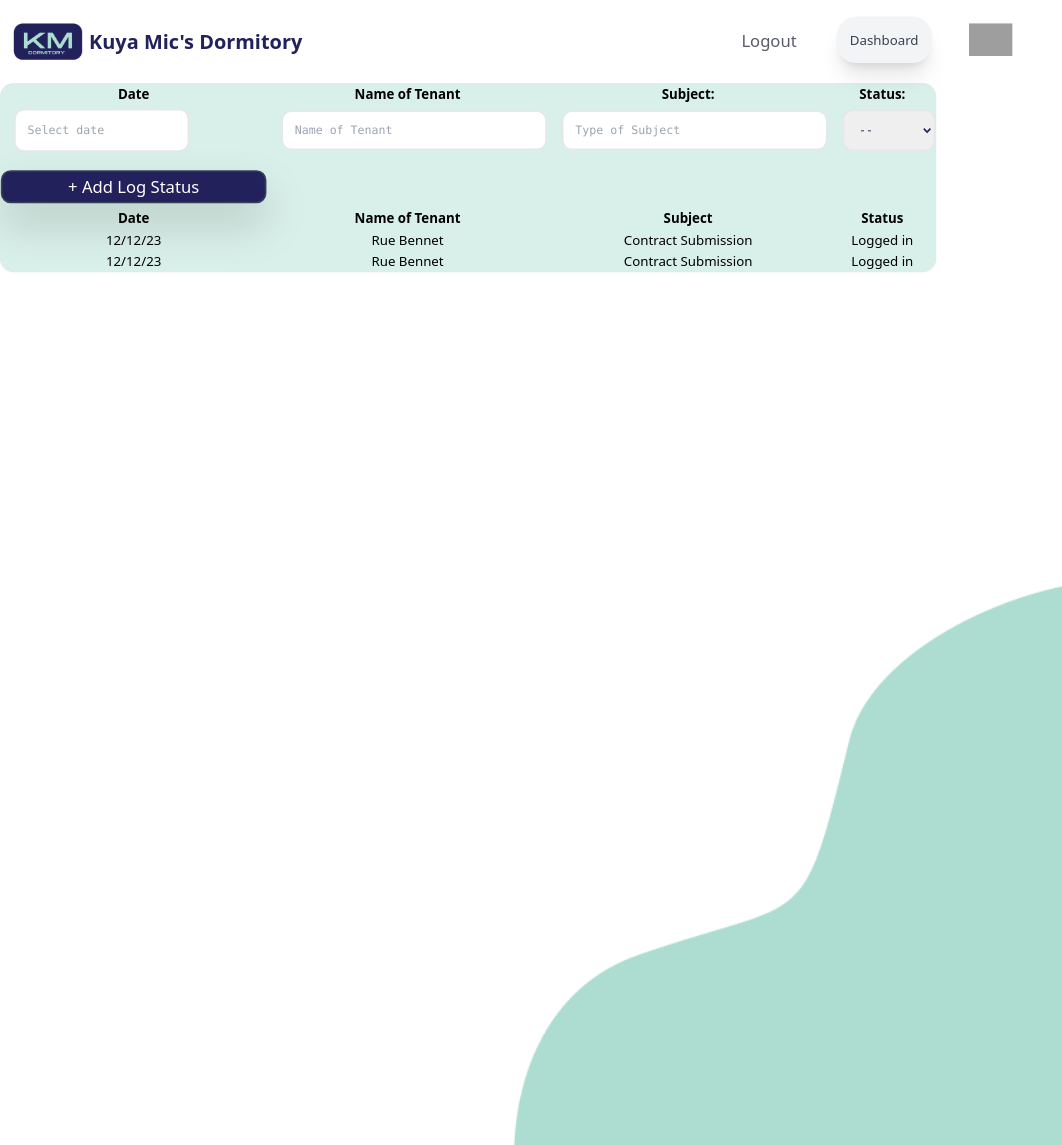
Repository: theamgri/Dormitory-Management-System
Page: logstatus.html
These files come from the project's save history. The page is drawn as it stood at one moment and after the next save; the edit follows.
The browser window is 1280 px wide. The pictures show the whole page, at 83% of full size.
Pictures or frames that could not be fetched are drawn as grey boxes. Some web libraries are served in a nearby version.

Above is the page before, as saved 2023-02-28 10:59:34.

### logstatus.html
<!DOCTYPE html>
<html lang="en">
<head>
    <script src="https://cdn.tailwindcss.com"></script>
    <script src="https://unpkg.com/flowbite@1.5.5/dist/datepicker.js"></script>
    <meta charset="UTF-8">
    <meta http-equiv="X-UA-Compatible" content="IE=edge">
    <meta name="viewport" content="width=device-width, initial-scale=1.0">
    <link rel="icon" type="image/x-icon" href="/assets/logo.png">
    <title>Tenant Log Status</title>


    <nav class="bg-white border-gray-200 px-2 lg:px-4 py-1 rounded dark:bg-gray-100">
        <div class="container flex flex-wrap items-center justify-between mx-auto">
          <a href="https://flowbite.com/" class="flex items-left">
              <img src="/assets/logo.png" class="h-11" alt="KM Logo" />
              <span class="self-center align-middle pl-2 text-2xl font-Montserrat font-bold whitespace-nowrap" style="color: #22215B">Kuya Mic's Dormitory </span>
          </a>

          <button data-collapse-toggle="navbar-default" type="button" class="inline-flex items-center p-2 ml-3 text-sm text-gray-500 rounded-lg md:hidden hover:bg-gray-100 focus:outline-none focus:ring-2 focus:ring-gray-200 dark:text-gray-400 dark:hover:bg-gray-700 dark:focus:ring-gray-600" aria-controls="navbar-default" aria-expanded="false">
          <svg class="w-6 h-6" aria-hidden="true" fill="currentColor" viewBox="0 0 20 20" xmlns="http://www.w3.org/2000/svg"><path fill-rule="evenodd" d="M3 5a1 1 0 011-1h12a1 1 0 110 2H4a1 1 0 01-1-1zM3 10a1 1 0 011-1h12a1 1 0 110 2H4a1 1 0 01-1-1zM3 15a1 1 0 011-1h12a1 1 0 110 2H4a1 1 0 01-1-1z" clip-rule="evenodd"></path></svg>
          </button>
          <div class="hidden w-full md:block md:w-auto" id="navbar-default">
            <ul class="flex flex-col p-4 mt-4 border border-gray-100 rounded-lg md:flex-row md:space-x-8 md:mt-0 md:text-sm md:font-medium md:border-0">
              <li>
                <a href="login.html" class="block bg-blue-700 font-Montserrat rounded text-xl md:bg-transparent md:text-blue-700 md:p-4" aria-current="page" style="color: #5A5B6A">Logout</a>
              </li>
              <li>
                <a href="home.html" class="block shadow-xl bg-gray-100 font-Montserrat rounded-3xl text-base md:text-gray-700 md:p-4" aria-current="page">Dashboard</a>
              </li>
              <li>
                <a href="#" class="block py-2 pl-3 pr-4" aria-current="page"><img src="https://icones.pro/wp-content/uploads/2021/02/icone-utilisateur-gris.png" class="h-1 mr-3 sm:h-10" alt="KM Logo" /></a>
              </li>
            </ul>
          </div>

        </div>
      </nav>
</head>
<body>
    <div class="w-full bg-cover bg-bottom" style="height: 80rem; background-image: url(/assets/background.png);">
        <table id="table" class="table-fixed" style="background-color: #adddd075; border-radius: 1rem;">
            <thead>
              <tr>
                <th>Date</th>
                <th>Name of Tenant</th>
                <th>Subject:</th>
                <th>Status:</th>
              </tr>
            </thead>

            <tbody>
              <tr>
                <td><input id="date" datepicker type="text" class="block border-2  font-mono mt-1 ml-4 mb-4 p-3.5 bg-gray-10 text-gray-900 sm:text-sm rounded-xl dark:bg-gray-100 dark:placeholder-gray-400" placeholder="Select date" style="color: #22215B;";></td>
                <td><input id="name" type="text" style="height: 3rem; width:20rem;" placeholder="Name of Tenant" class="block border-2  font-mono mt-1 ml-4 mb-4 p-3.5 bg-gray-10 text-gray-900 sm:text-sm rounded-xl dark:bg-gray-100 dark:placeholder-gray-400"></td>
                <td><input id="subject" type="text" style="height: 3rem; width:20rem;" placeholder="Type of Subject" class="block border-2  font-mono mt-1 ml-4 mb-4 p-3.5 bg-gray-10 text-gray-900 sm:text-sm rounded-xl dark:bg-gray-100 dark:placeholder-gray-400"></td>
                <td><select class="block border-2  font-mono mt-1 ml-4 mb-4 p-3.5 bg-gray-10 text-gray-900 sm:text-sm rounded-xl dark:bg-gray-100 dark:placeholder-gray-400" style="color: #22215B;">
                    <option>--</option>
                    <option>Log in</option>
                    <option>Log out</option>
                </select></td>
            </tr>

            </tbody>
            <thead>
              <tr><th><button onclick="addRow()" type="submit" class="border-2 border-slate-700 drop-shadow-2xl mt-1 mb-1 text-xl text-white bg-primary-600 font-medium rounded-xl text-md px-10 py-0 sm:text-center" style="background-color:#22215B; height: 2.5rem; width: 20rem;">+ Add Log Status</button></th></tr>
                <tr>
                    <th>Date</th>
                    <th>Name of Tenant</th>
                    <th>Subject</th>
                    <th>Status</th>

                  </tr>

            </thead>
            <tbody>
                <tr class="font-Montserrat">
                    <td class="text-center">12/12/23</td>
                    <td class="text-center">Rue Bennet</td>
                    <td class="text-center">Contract Submission</td>
                    <td class="text-center">Logged in</td>
                </tr>
                <tr>
                    <td class="text-center">12/12/23</td>
                    <td class="text-center">Rue Bennet</td>
                    <td class="text-center">Contract Submission</td>
                    <td class="text-center">Logged in</td>
                </tr>
                <script>
                  //function para maka add ng row inside table
                  function addRow() {
                var tableRow = document.getElementById("table");
                var info1 = document.getElementById("date");
                var info1 = document.getElementById("name");
                var info1 = document.getElementById("subject");
                var row = document.createElement("tr");
                var cell1 = document.createElement("td");
                var cell2 = document.createElement("td");
                var cell3 = document.createElement("td");
                 cell1.innerHTML = info1;
                 cell2.innerHTML = info2;
                 cell3.innerHTML = info3;
                 row.appendChild(cell1);
                 row.appendChild(cell2);
                 row.appendChild(cell3);
                 tableRow.appendChild(row);
                }
                </script>
            </tbody>
          </table>




          </div>
</body>
</html>

After the next save:
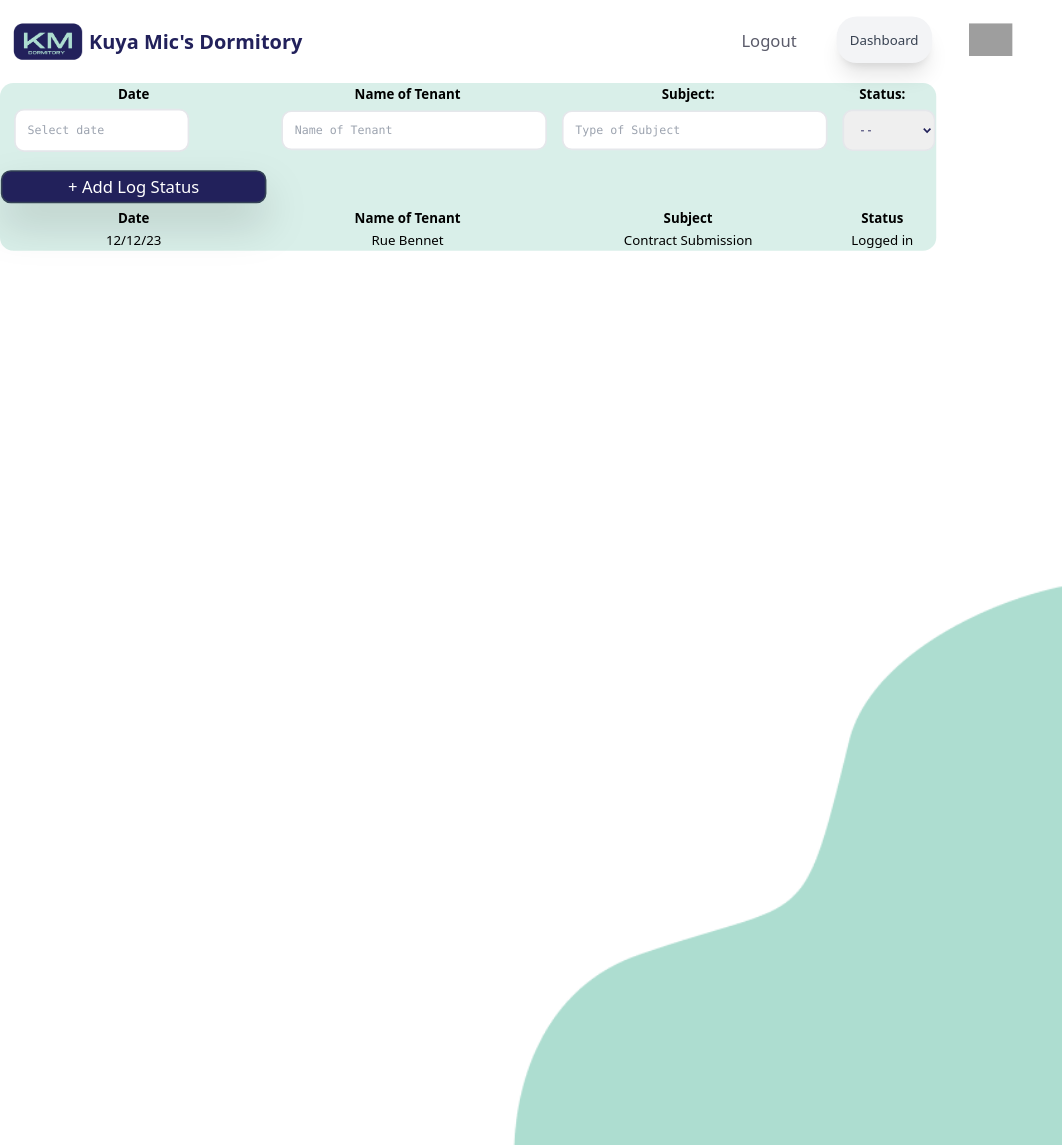
Saved 21 s later.
--- a/logstatus.html
+++ b/logstatus.html
@@ -80,12 +80,7 @@
                     <td class="text-center">Contract Submission</td>
                     <td class="text-center">Logged in</td>
                 </tr>
-                <tr>
-                    <td class="text-center">12/12/23</td>
-                    <td class="text-center">Rue Bennet</td>
-                    <td class="text-center">Contract Submission</td>
-                    <td class="text-center">Logged in</td>
-                </tr>
+
                 <script>
                   //function para maka add ng row inside table
                   function addRow() {
